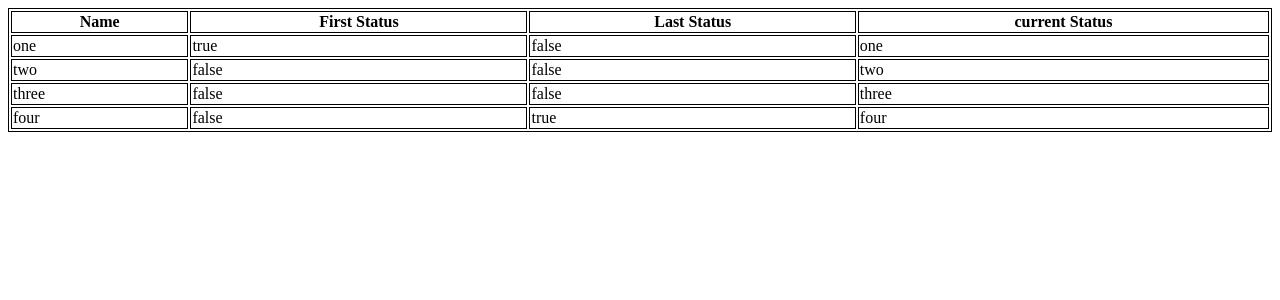
Repository: anushkammp/abc
Page: http://localhost/JSTLDemo/forEach.jsp
An editor plug-in stored every save of this project. The page is shown before and after the next save, followed by the edit.
The browser window is 1280 px wide. The pictures show the whole page.
The page is served by Tomcat 9.

Above is the page before, as saved 2018-08-20 10:02:16.

After the next save:
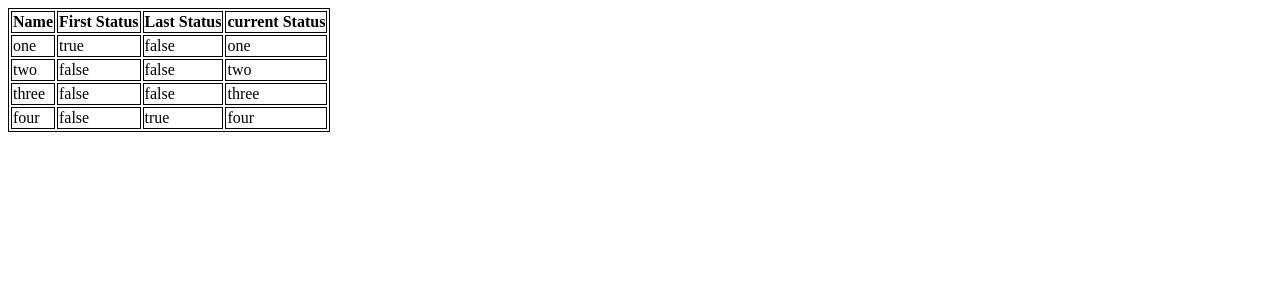
Saved 5 min 16 s later.
--- a/JSTLDemo/WebContent/forEach.jsp
+++ b/JSTLDemo/WebContent/forEach.jsp
@@ -18,7 +18,7 @@ table, th, td {
 	String[] num={"one","two","three","four"};
 	pageContext.setAttribute("numbers",num);
 	%>
-	<table style="width:100%">
+	<table  border="1">
 	<th>Name</th>
 	<th>First Status</th>
 	<th>Last Status</th>
